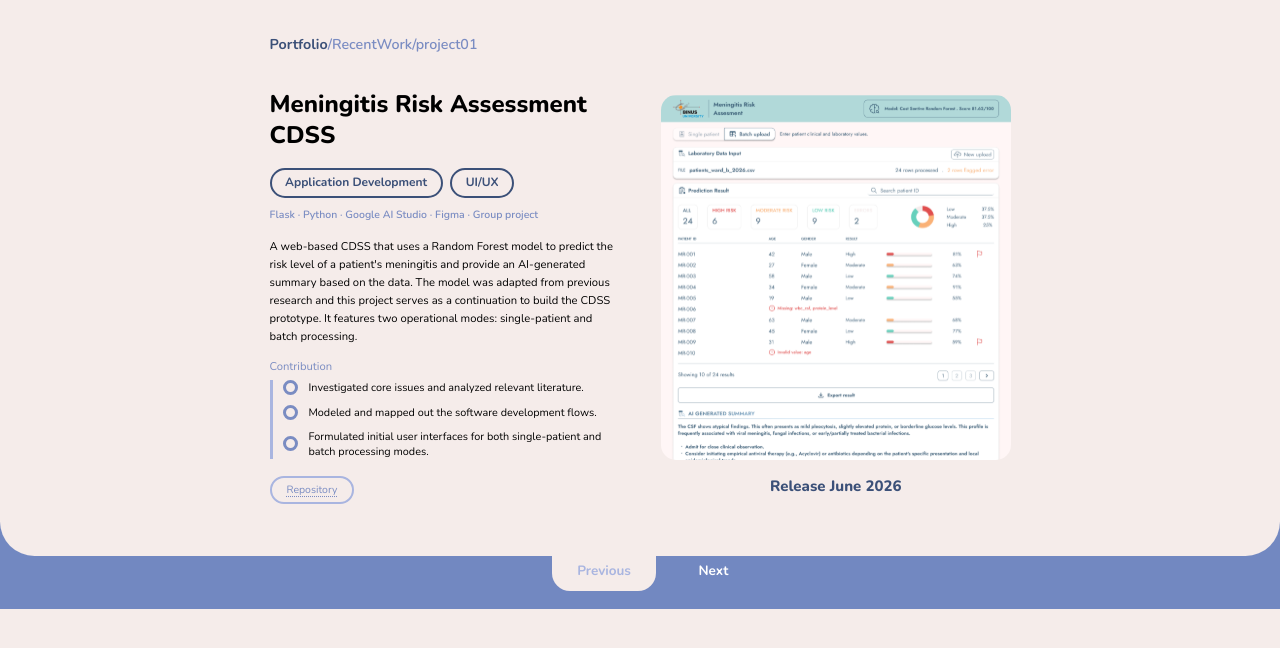
Repository: L-vy/L-vy
Page: /recentworks/project01
An editor plug-in stored every save of this project. The page is shown before and after the next save, followed by the edit.
The browser window is 1280 px wide. The pictures show the whole page.
Some web fonts or font styles are not loaded; a fallback is used. The project was rebuilt for these pictures with package versions that can differ from the ones it lists, and the page was loaded fresh each time. Also part of the build but not shown: vite.config.ts, src/components/Icon.tsx, src/data/site.ts, src/components/useGoTo.ts, src/components/Navbar.tsx, src/components/Hero.tsx, src/components/Reveal.tsx, src/components/Skills.tsx and 9 more.

Above is the page before, as saved 2026-10-07 17:40:49.

### index.html
<!doctype html>
<html lang="en">
  <head>
    <meta charset="UTF-8" />
    <meta name="viewport" content="width=device-width, initial-scale=1.0" />
    <meta name="description" content="Portfolio of Latasha Ivy Khoe, Computer Science student specializing in Cloud Technology, UI/UX design and full-stack development." />
    <meta name="theme-color" content="#7288c1" />
    <link rel="icon" href="/images/ivy-logo.svg" />
    <link rel="preconnect" href="https://fonts.googleapis.com" />
    <link rel="preconnect" href="https://fonts.gstatic.com" crossorigin />
    <link href="https://fonts.googleapis.com/css2?family=Nunito:ital,wght@0,400;0,600;0,700;0,800;1,400&family=Playwrite+US+Modern:wght@100..400&display=swap" rel="stylesheet" />
    <title>Latasha Ivy Khoe | Portfolio</title>
  </head>
  <body>
    <div id="root"></div>
    <script type="module" src="/src/main.tsx"></script>
  </body>
</html>

### src/main.tsx
import { StrictMode } from 'react'
import { createRoot } from 'react-dom/client'
import App from './App'
import './styles.css'
createRoot(document.getElementById('root')!).render(<StrictMode><App /></StrictMode>)

### src/App.tsx
import { BrowserRouter, Route, Routes } from 'react-router-dom'
import Home from './pages/Home'
import ProjectDetails from './pages/ProjectDetails'
import CursorCircle from './components/CursorCircle'
export default function App() {
  return (
    <BrowserRouter>
      <CursorCircle />
      <Routes>
        <Route path="/" element={<Home />} />
        <Route path="/recentworks/:id" element={<ProjectDetails />} />
        <Route path="*" element={<Home />} />
      </Routes>
    </BrowserRouter>
  )
}

### src/styles.css
/* Sizes are authored at design scale (16px = 1rem) and rendered at 75% via html{font-size:75%}. */
:root{--blue:#7288c1;--cream:#f5ecea;--ink:#3b5078;--peri:#7a8cc2;--light:#a9b5e0;--bar:#9fadd1;--pill:#d3d6e6;--panel:#d1d4e3;--ph:#d9d9d9;--txt:#000;--gut:max(3.5rem,calc((100% - 68.75rem)/2 + 3.5rem));color-scheme:light}
html{font-size:75%}
*{box-sizing:border-box}
body{margin:0;background:var(--cream);color:var(--txt);font-family:'Nunito',system-ui,sans-serif;line-height:1.4}
h1,h2,h3,p,ul{margin:0}
ul{padding:0;list-style:none}
a{color:inherit}
button{font-family:inherit;cursor:pointer}
img{max-width:100%}
:focus-visible{outline:3px solid var(--ink);outline-offset:3px}
.fx{font-family:'Playwrite US Modern','Nunito',cursive;font-weight:400}
.nav{position:relative;height:4.5rem;background:var(--blue)}
.nav::after{content:'';position:absolute;left:0;right:0;top:100%;height:2.875rem;background:var(--blue)}
.nav-tabs{max-width:68.75rem;margin:0 auto;height:100%;display:flex;align-items:flex-end;padding-left:28%}
.nav-tab{width:8.25rem;height:4rem;border:0;background:none;color:#e9ecf7;display:grid;place-items:center;padding:0;transition:opacity .25s}
.nav-tab:hover{opacity:.8}
.nav-tab.active{background:var(--cream);border-radius:1.5rem 1.5rem 0 0;color:var(--light);opacity:1}
.nav-tab img{height:2.125rem}
.page{position:relative;z-index:1;background:var(--cream);border-radius:2.875rem 2.875rem 0 0;padding:0 var(--gut)}
.section{padding-top:5.625rem}
.hero{position:relative;padding-top:2.875rem}
.hero-top{display:flex;justify-content:space-between;align-items:center}
.path{font-size:1.1875rem;font-weight:600;color:var(--peri)}
.path b{color:var(--ink);font-weight:700}
.crumb{background:none;border:0;padding:0;font:inherit;color:inherit}
.contact-link{background:none;border:0;font-size:1.1875rem;font-weight:700;color:var(--ink)}
.hero-grid{display:grid;grid-template-columns:16.875rem 1fr;gap:3.125rem;align-items:center;margin-top:3.25rem}
.hero-photo{width:100%;aspect-ratio:1;object-fit:cover;background:var(--ph);border-radius:2.5rem;transition:transform .3s}
.hero-photo:hover{transform:rotate(-1.2deg) scale(1.015)}
.hello{height:3.375rem;width:auto;display:block}
h1{margin-top:0.25rem;font:400 2.5rem/1.35 'Playwrite US Modern','Nunito',cursive}
.lead{max-width:30rem;font-size:1.0625rem;line-height:1.6;margin-top:0.875rem}
.lead.sm{font-size:0.9375rem;max-width:none;margin-top:1.25rem}
.actions{display:flex;align-items:center;gap:2.25rem;margin-top:1.625rem;flex-wrap:wrap}
.btn{display:inline-flex;align-items:center;gap:0.5rem;background:var(--ink);color:#fff;border:0;border-radius:62.4375rem;padding:0.75rem 1.375rem;font-size:1.0625rem;font-weight:700;transition:transform .25s}
.btn:hover{transform:translateY(-2px)}
.btn.blue{background:var(--blue);font-size:1.1875rem;padding:0.875rem 1.75rem}
.link-dotted{text-decoration:underline dotted;text-underline-offset:0.25rem;font-weight:700}
.link-dotted.grey{color:#777;font-size:1.0625rem}
.butterfly{display:block;margin:4rem auto 0;width:6rem}
.intro{max-width:47.5rem;margin:4.375rem auto 0;text-align:center}
.intro-text{font-size:1rem;line-height:1.7}
.pills{display:flex;flex-wrap:wrap;gap:0.625rem;justify-content:center;margin-top:1.375rem}
.pills.left{justify-content:flex-start}
.pill{border-radius:62.4375rem;padding:0.375rem 1.125rem;font-weight:700;font-size:0.9375rem;background:var(--pill);color:var(--ink)}
.pill.solid-outline{background:none;border:2px solid var(--ink);font-size:1rem}
.reveal{opacity:0;transform:translateY(0.875rem);transition:opacity .6s,transform .6s}
.reveal.in{opacity:1;transform:none}
.fill{height:100%}
.cards{display:grid;grid-template-columns:repeat(4,1fr);gap:1.625rem;margin-top:2.125rem}
.card{display:flex;flex-direction:column;min-width:0}
.card-img{display:block;aspect-ratio:400/420;border-radius:2.25rem;overflow:hidden;background:var(--ph);transition:transform .3s}
.card-img img{width:100%;height:100%;object-fit:cover;display:block}
.card:hover .card-img{transform:rotate(-1.2deg) scale(1.015)}
.card-title{display:flex;justify-content:space-between;align-items:flex-start;gap:0.5rem;margin-top:1rem;color:var(--ink)}
.card-title .icon{flex:none}
.clamp{font-size:1.125rem;font-weight:800;line-height:1.3;color:var(--txt);display:-webkit-box;-webkit-line-clamp:2;-webkit-box-orient:vertical;overflow:hidden}
.card-sum{font-size:0.875rem;line-height:1.5;margin-top:0.375rem}
.card-links{margin-top:0.625rem}
.card-links .link-dotted{color:var(--peri);font-size:0.875rem}
.tabbar{position:relative;background:var(--bar);border-radius:62.4375rem;padding:0.375rem 0.5rem;display:flex;justify-content:center;gap:0.75rem;margin-top:2.125rem;box-shadow:0 0.5rem 0.875rem -0.375rem rgba(60,70,110,.35)}
.tabwrap{position:relative;width:min(9.375rem,22%)}
.tab{width:100%;border:0;border-radius:62.4375rem;padding:0.5rem 0;font-size:1rem;font-weight:700;background:var(--pill);color:#8f9dcf;transition:background .25s,color .25s}
.tab.on{background:#fff;color:var(--ink)}
.pointer{position:absolute;left:50%;bottom:-1.25rem;margin-left:-0.5625rem;border:0.5625rem solid transparent;border-top:0;border-bottom:0.8125rem solid var(--ink)}
.panel{margin-top:2.75rem;background:var(--panel);border-radius:1.375rem;height:30.625rem;box-shadow:0 0.375rem 1rem -0.5rem rgba(60,70,110,.3);transition:background .3s,box-shadow .3s}
.panel.bound{background:transparent;box-shadow:none}
.banner{height:100%;display:flex;flex-direction:column;gap:2.125rem;padding:1.875rem 2.125rem 2.5rem}
.banner-img{flex:1;min-height:0;width:100%;object-fit:cover;background:var(--ph);border-radius:2.25rem;transition:transform .3s}
.banner:hover .banner-img{transform:rotate(-1.2deg) scale(1.015)}
.tx{padding-left:0.4375rem}
.tx h2{font-size:1.625rem;line-height:1.4}
.tx h3{margin-top:2px;font-size:1.1875rem;font-weight:700}
.tx p{margin-top:0.375rem;font-style:italic;font-size:0.9375rem}
.folders{height:100%;display:grid;grid-template-columns:1fr 1fr;gap:1.5rem;padding:1.75rem 2rem}
.folder{--rim:#3b5078;--body:#f3f3f9;background:var(--rim);border-radius:1.875rem;padding:1.5px;display:flex;flex-direction:column;overflow:hidden}
.media{height:11.875rem;margin-bottom:-2.5rem;flex:none;position:relative;overflow:hidden;border-radius:1.78125rem 1.78125rem 0 0;background:var(--ph)}
.media>*{display:block;width:100%;height:100%;object-fit:cover;background:var(--ph);transform:scale(1.06);transition:transform .3s}
.folder:hover .media>*{transform:rotate(-1.2deg) scale(1.1)}
.rest{flex:1;position:relative;z-index:1;background:var(--body);border-radius:0 1.78125rem 1.78125rem 1.78125rem;padding:0 1.375rem 1.125rem;display:flex;flex-direction:column}
.rest .tab{position:absolute;left:0;top:-2.25rem;width:80%;height:2.3125rem;padding:0;border-radius:1.25rem 1.25rem 0 0;background:var(--body)}
.rest .tab::after{content:'';position:absolute;right:-1.25rem;bottom:0;width:1.25rem;height:1.25rem;background:radial-gradient(circle at 100% 0,transparent 1.21875rem,var(--body) 1.25rem)}
.head{position:relative;margin-top:-1.375rem}
.head::before{content:'';float:right;width:24%;height:1rem}
.head b{display:-webkit-box;-webkit-line-clamp:3;-webkit-box-orient:vertical;overflow:hidden;font-size:1.0625rem;font-weight:800;line-height:1.25}
.head span{display:block;font-size:0.9375rem;color:#6f748f;margin-top:2px}
.folder p{margin-top:0.75rem;font-size:0.84375rem;font-style:italic;line-height:1.5;display:-webkit-box;-webkit-line-clamp:4;-webkit-box-orient:vertical;overflow:hidden}
.foot{margin-top:auto;padding-top:0.625rem;display:flex;justify-content:space-between;align-items:center;min-height:2.75rem}
.foot strong{font-size:1.5625rem;line-height:1.3}
.go{display:grid;place-items:center;width:2.5rem;height:2.5rem;border-radius:50%;background:var(--ink);color:#fff;transition:transform .25s}
.go:hover{transform:translate(2px,-2px)}
.exp{position:relative;height:100%}
.plate{position:absolute;left:0;top:0;bottom:0;width:8.125rem;background:#c9cde0;border-radius:1.625rem 0 0 1.625rem;box-shadow:0 0.625rem 1.125rem -0.625rem rgba(60,70,110,.4)}
.rail{position:absolute;left:0;top:4.4375rem;width:3.75rem;height:0;z-index:2}
.rail button{position:absolute;left:0.8125rem;top:calc(var(--i)*4.5rem);width:2.9375rem;height:5.25rem;z-index:calc(var(--i) + 1);border:0;background:var(--c);color:#fff;border-radius:1.125rem 0 0 1.125rem;display:grid;place-items:center;padding:0;transition:left .25s,width .25s}
.rail button:hover,.rail button[aria-selected=true]{left:0.4375rem;width:3.3125rem}
.rail button[aria-selected=true]{z-index:10}
.fcard{--acc:#9fadd1;position:absolute;left:3.75rem;right:0;top:0;bottom:0;background:var(--cream);border:2.5px solid var(--acc);border-radius:1.625rem;box-shadow:0 0.625rem 1.25rem -0.625rem rgba(60,70,110,.4);padding:1.375rem 1.75rem 1.375rem 1.875rem;overflow:hidden;transition:border-color .35s}
.pg{position:relative;height:100%;display:grid;grid-template-columns:1fr 1fr;grid-template-rows:auto 1fr;column-gap:3.5rem;animation:in .4s ease both}
@keyframes in{from{opacity:0;transform:translateY(0.5rem)}to{opacity:1;transform:none}}
.lab{grid-column:1/-1;font-size:0.8125rem}
.col{display:flex;flex-direction:column;min-width:0}
.col.end{align-self:end;padding-bottom:0.625rem}
.t{font-size:1.6875rem;font-weight:800;color:var(--ttl);line-height:1.2;margin-top:1.75rem}
.col.end .t{margin-top:0}
.sub{font-size:1.25rem;color:var(--ttl);margin-top:0.375rem}
.d{font-size:0.875rem;line-height:1.55;margin-top:1rem;font-style:italic}
.h{font-size:0.8125rem;margin:1.375rem 0 0.375rem}
.col ul{padding-left:1.25rem;font-size:0.84375rem;line-height:1.55;list-style:disc}
.stack,.zig{position:relative;margin-top:auto}
.stack{height:8rem}
.zig{margin-top:0.875rem}
.sp{position:absolute;display:block;width:62%;height:7.375rem;object-fit:cover;background:var(--ph);border:1px solid var(--txt);border-radius:1.625rem;transform:rotate(var(--r));transition:transform .3s}
.sp:hover{z-index:9;transform:rotate(calc(var(--r)*-1)) translateY(-0.3125rem) scale(1.03)}
.stack .sp:nth-child(1){--r:-2deg;left:0;top:0.375rem}
.stack .sp:nth-child(2){--r:1.5deg;left:20%;top:0.75rem}
.stack .sp:nth-child(3){--r:-1deg;left:38%;top:0}
.zig .sp{width:70%;height:7.5625rem}
.zig .sp:nth-child(1){--r:1deg;left:0;top:0}
.zig .sp:nth-child(2){--r:-1deg;left:44%;top:7rem}
.zig .sp:nth-child(3){--r:1deg;left:-1%;top:14.125rem}
.p1{left:47%;top:0.5rem;width:29%;height:8.4375rem;--r:1deg}
.p2{left:66%;top:4.875rem;width:27%;height:auto;aspect-ratio:210/297;--r:-1deg}
.contact{text-align:center;padding:5.75rem 0 6.25rem}
.contact h2{font-size:2.25rem;font-weight:400}
.contact b{font-weight:800}
.contact .btn{margin-top:1.375rem}
.footer{background:var(--blue);color:#eef0fa;padding:3.25rem var(--gut) 2.5rem;display:flex;justify-content:space-between;align-items:flex-end;gap:1.875rem;flex-wrap:wrap;min-height:14.375rem}
.footer ul{display:flex;gap:2.75rem;align-self:flex-start}
.ci{display:block;color:#dfe4f6;transition:transform .25s}
.ci:hover,.ci.pulse{transform:translateY(-0.25rem) scale(1.12)}
.footer-by{text-align:right;line-height:2;font-size:1rem}
.detail{border-radius:0 0 2.875rem 2.875rem;padding-top:2.875rem;padding-bottom:4.375rem}
.detail-grid{display:grid;grid-template-columns:1fr 1fr;gap:3.5rem;align-items:center;margin-top:2.875rem}
.detail-title{margin:0;font:800 2rem/1.3 'Nunito',sans-serif}
.detail .pills{margin-top:1.375rem}
.meta{margin-top:0.875rem;font-size:0.875rem;font-weight:600;color:var(--peri)}
.contrib{margin:1.125rem 0 0.5rem;font:400 0.9375rem 'Playwrite US Modern','Nunito',cursive;color:var(--peri)}
.contrib-list{border-left:3px solid var(--light);padding-left:0.875rem;display:grid;gap:0.75rem;font-size:0.90625rem}
.contrib-list li{display:flex;gap:0.875rem;align-items:center}
.contrib-list li::before{content:'';width:0.75rem;height:0.75rem;flex:none;border-radius:50%;border:3px solid var(--peri)}
.detail-links{display:flex;gap:0.75rem;flex-wrap:wrap;margin-top:1.375rem}
.detail-links .pill{background:none;border:2px solid var(--light);color:var(--peri);padding:0.375rem 1.25rem;font:400 0.875rem 'Playwrite US Modern','Nunito',cursive;text-decoration:underline dotted;text-underline-offset:0.25rem}
.proto{margin:0}
/* .proto img{display:block;width:100%;aspect-ratio:1/1.08;object-fit:cover;background:var(--ph);border:3px solid var(--ink);border-radius:3rem;transition:transform .3s} */
.proto img {  border: 0;  outline: 0;  border-radius: 15px;}
.proto img:hover{transform:rotate(1.2deg) scale(1.015)}
.proto figcaption{text-align:center;font-weight:800;font-size:1.25rem;color:var(--ink);margin-top:1rem}
.pager{background:var(--blue);margin-top:-2.875rem;padding:5.5rem var(--gut) 1.5rem;display:flex;justify-content:center;gap:3.5rem}
.pager-btn{margin-top:-3rem;height:3.25rem;display:grid;place-items:center;color:#fff;font-weight:700;font-size:1.125rem;text-decoration:none;transition:opacity .2s}
.pager-btn.prev{background:var(--cream);color:var(--ink);padding:0 2.125rem;border-radius:0 0 1.5rem 1.5rem}
.pager-btn.off{opacity:.5}
.pager-btn.prev.off{opacity:1;color:var(--light)}
.cursor-circle{position:fixed;left:0;top:0;width:4rem;height:4rem;border-radius:50%;background:rgba(114,136,193,.28);pointer-events:none;z-index:50;transform:translate(-6.25rem,-6.25rem) scale(0);transition:transform .18s}
@media (max-width:960px)
{.cards{grid-template-columns:1fr 1fr}.nav-tabs{padding-left:4%}.nav-tab{width:6rem}}
@media (max-width:760px)
{.page{border-radius:1.875rem 1.875rem 0 0;padding:0 1.25rem}.hero-grid,.detail-grid{grid-template-columns:1fr;gap:1.75rem}.hero-photo{max-width:16.25rem}h1{font-size:1.875rem}.detail-title{font-size:1.5625rem}.cards{grid-template-columns:1fr}.tab{font-size:0.75rem}.tabbar{gap:0.375rem}.pointer{display:none}.panel{height:auto}.banner{padding:1.125rem;gap:1.5rem}.banner-img{flex:none;height:11.875rem}.folders{grid-template-columns:1fr;padding:1.125rem}.folder{min-height:23.75rem}.contact h2{font-size:1.6875rem}.footer ul{gap:1.375rem}.footer-by{text-align:left}.plate{display:none}.fcard{position:static;padding:1.25rem 1.125rem;border-radius:1.375rem}.exp{height:auto}.rail{position:static;height:auto;display:flex;gap:0.375rem;padding-left:0.625rem}.rail button,.rail button:hover,.rail button[aria-selected=true]{position:static;width:3.5rem;height:2.875rem;border-radius:0.875rem 0.875rem 0 0}.pg{display:flex;flex-direction:column;gap:0.875rem;height:auto}.col.end{padding:0}.stack,.zig{height:auto;display:grid;gap:0.625rem;margin-top:0.625rem}.pg .sp{position:static;width:100%;height:6.875rem}.pg .p2{height:auto;width:58%;align-self:center}}
@media (prefers-reduced-motion:reduce){*{transition:none!important;animation:none!important}}

### src/pages/ProjectDetails.tsx
import { useEffect } from 'react'
import { Link, Navigate, useNavigate, useParams } from 'react-router-dom'
import { projects } from '../data/projects'
export default function ProjectDetails() {
  const { id } = useParams(); const nav = useNavigate()
  const i = projects.findIndex(p => p.id === id)
  useEffect(() => { window.scrollTo(0, 0) }, [id])
  if (i < 0) return <Navigate to="/" replace />
  const p = projects[i], prev = projects[i - 1], next = projects[i + 1]
  return (<>
    <main className="page detail">
      <p className="path">
        <button className="crumb" onClick={() => nav('/', { state: { scrollTo: 'recent-works' } })}><b>Portfolio</b>/RecentWork</button>/{p.id}
      </p>
      <div className="detail-grid">
        <div>
          <h1 className="detail-title">{p.title}</h1>
          <ul className="pills left">{p.categories.map(c => <li key={c} className="pill solid-outline">{c}</li>)}</ul>
          <p className="meta">{p.tools.join(' · ')} · {p.type}</p>
          <p className="lead sm">{p.description}</p>
          <h2 className="contrib">Contribution</h2>
          <ul className="contrib-list">{p.contributions.map(c => <li key={c}>{c}</li>)}</ul>
          <div className="detail-links">{p.links.map(l => <a key={l.label} className="pill link-dotted" href={l.url} target="_blank" rel="noreferrer">{l.label}</a>)}</div>
        </div>
        <figure className="proto">
          <img src={p.prototypeImage} alt={`${p.title} prototype`} />
          <figcaption>Release {p.releaseDate}</figcaption>
        </figure>
      </div>
    </main>
    <div className="pager">
      {prev ? <Link className="pager-btn prev" to={`/recentworks/${prev.id}`}>Previous</Link> : <span className="pager-btn prev off">Previous</span>}
      {next ? <Link className="pager-btn" to={`/recentworks/${next.id}`}>Next</Link> : <span className="pager-btn off">Next</span>}
    </div>
  </>)
}

### src/components/CursorCircle.tsx
import { useEffect, useRef } from 'react'
// Soft circle that follows the pointer and expands over buttons/links. Hidden on touch devices.
export default function CursorCircle() {
  const ref = useRef<HTMLDivElement>(null)
  useEffect(() => {
    if (!window.matchMedia('(hover: hover) and (pointer: fine)').matches) return
    const el = ref.current!
    const move = (e: MouseEvent) => {
      const over = (e.target as Element | null)?.closest('a,button,[data-cursor]')
      el.style.transform = `translate(${e.clientX}px,${e.clientY}px) translate(-50%,-50%) scale(${over ? 1 : 0})`
    }
    const leave = () => { el.style.transform = 'translate(-100px,-100px) scale(0)' }
    window.addEventListener('mousemove', move); document.addEventListener('mouseleave', leave)
    return () => { window.removeEventListener('mousemove', move); document.removeEventListener('mouseleave', leave) }
  }, [])
  return <div ref={ref} className="cursor-circle" aria-hidden="true" />
}

### src/data/projects.ts
export interface ProjectLink { label: string; url: string }
export interface Project {
  id: string; title: string; shortDescription: string; description: string
  image: string; prototypeImage: string; categories: string[]; tools: string[]; type: string
  links: ProjectLink[]; releaseDate: string; contributions: string[]
}
const img = (name: string) => `/images/projects/${name}.svg`
export const projects: Project[] = [
  {
    id: 'project01', title: 'Meningitis Risk Assessment CDSS',
    shortDescription: 'Clinical decision support for meningitis risk.',
    description: "A web-based CDSS that uses a Random Forest model to predict the risk level of a patient's meningitis and provide an AI-generated summary based on the data. The model was adapted from previous research and this project serves as a continuation to build the CDSS prototype. It features two operational modes: single-patient and batch processing.",
    image: img('cdss-meningitis'), prototypeImage: img('cdss-meningitis'), categories: ['Application Development', 'UI/UX'],
    tools: ['Flask', 'Python', 'Google AI Studio', 'Figma'], type: 'Group project',
    links: [{ label: 'Repository', url: 'https://github.com/chrysan95/meningitis_risk_assessment' }], releaseDate: 'June 2026',
    contributions: ['Investigated core issues and analyzed relevant literature.', 'Modeled and mapped out the software development flows.', 'Formulated initial user interfaces for both single-patient and batch processing modes.'],
  },
  {
    id: 'project02', title: 'Klerve', shortDescription: 'Haptic pen and AI app that helps people with ADHD regain focus.',
    description: "This project, which started as an ideation, is designed to help individuals with ADHD or focus difficulties by using a haptic pen connected to an app. The AI-based system tracks body and eye movements, then provides vibration alerts that help users regain focus. It aligns with Google.org's focus on education while implementing human-centered AI technology.",
    image: img('klerve'), prototypeImage: img('klerve'), categories: ['UI/UX'], tools: ['Figma'], type: 'Group project',
    links: [{ label: 'Proposal', url: 'https://drive.google.com/file/d/1Z4kwclvYXWxlEG2Ly2cNN0OCXOssgMGx/view?usp=sharing' }, { label: 'Video', url: 'https://youtu.be/0q1nO0iuCGU?si=mCvCKTX16-4OYDPh' }],
    releaseDate: 'March 2026',
    contributions: ['Researched target user needs and primary focus challenges.', 'Structured and designed the proposal layout for a highly readable review.', 'Assisted in designing initial interface concepts for the prototype app.'],
  },
  {
    id: 'project03', title: 'Ducky', shortDescription: 'Gamified flashcard app for smarter university studying.',
    description: 'Ducky is a gamified learning application made for university students who have trouble building a proper learning strategy. Built on a simple, memory-focused flashcard app, it makes studying more engaging and digestible in a shorter span of time. Each day presents a daily quest to unlock Ducky skins, completed by checking off to-do lists or earning XP in the training hall.',
    image: img('ducky'), prototypeImage: img('ducky'), categories: ['UI/UX'], tools: ['Figma'], type: 'Self-initiated project',
    links: [{ label: 'Prototype', url: 'https://www.figma.com/proto/vDHKPYqVWF5EF2O1UojpyD/Final-Project-UI-UX?node-id=77-3&p=f&viewport=-196%2C-27%2C0.02&t=XdKJMJBtwxoFTxZr-1&scaling=scale-down&content-scaling=fixed&starting-point-node-id=77%3A3&show-proto-sidebar=1&page-id=37%3A4298' }, { label: 'Overview', url: 'https://drive.google.com/file/d/1gh3WKY70dS-ZdYFia5I56Ok9MZQVw0ZY/view?usp=sharing' }],
    releaseDate: 'May 2025',
    contributions: ['Researched user needs through targeted surveys.', 'Designed interactive app prototype layouts.', 'Conducted app evaluations and user testing.', 'Structured the case study presentation and wireframes.'],
  },
  {
    id: 'project04', title: 'Perfect Farm', shortDescription: 'Marketplace for odd-looking produce to reduce food waste.',
    description: 'An online platform that enables farmers to sell odd-looking fruits and vegetables directly to consumers. These products are still fit for consumption but do not meet standard market appearances. The project aims to reduce food waste and give consumers affordable yet healthy diets, supporting UN Sustainable Development Goals 1, 2, and 10.',
    image: img('perfect-farm'), prototypeImage: img('perfect-farm'), categories: ['UI/UX'], tools: ['Figma'], type: 'Group project',
    links: [{ label: 'Prototype', url: 'https://www.figma.com/proto/0NArwISPxhp6qkAFpMuTFR/GoGlobal-Innovation?node-id=26-292&p=f&viewport=103%2C214%2C0.21&t=yB5uVCZkxzJckIVd-1&scaling=min-zoom&content-scaling=fixed&page-id=24%3A2' }, { label: 'Overview', url: 'https://canva.link/1w0f1v8fhv46lss' }],
    releaseDate: 'June 2025',
    contributions: ['Researched food waste relevancy across UK and SEA regions.', 'Formatted and structured the presentation layout.', 'Designed initial customer and farmer interface prototype layouts and app logo.'],
  },
]

After the next save:
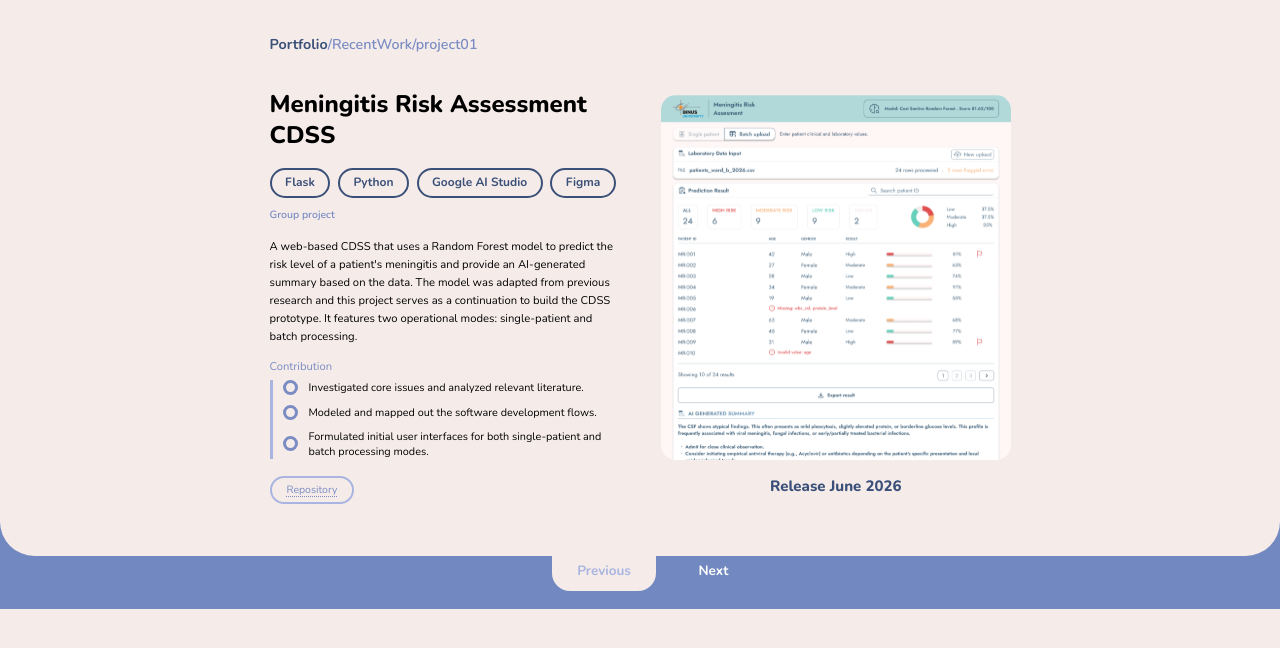
Saved 2 h 1 min later.
--- a/src/pages/ProjectDetails.tsx
+++ b/src/pages/ProjectDetails.tsx
@@ -15,8 +15,10 @@ export default function ProjectDetails() {
       <div className="detail-grid">
         <div>
           <h1 className="detail-title">{p.title}</h1>
-          <ul className="pills left">{p.categories.map(c => <li key={c} className="pill solid-outline">{c}</li>)}</ul>
-          <p className="meta">{p.tools.join(' · ')} · {p.type}</p>
+          {/* <ul className="pills left">{p.categories.map(c => <li key={c} className="pill solid-outline">{c}</li>)}</ul>
+          <p className="meta">{p.tools.join(' · ')} · {p.type}</p> */}
+          <ul className="pills left" aria-label="Tools">{p.tools.map(t => <li key={t} className="pill solid-outline">{t}</li>)}</ul>
+          <p className="meta">{p.type}</p>
           <p className="lead sm">{p.description}</p>
           <h2 className="contrib">Contribution</h2>
           <ul className="contrib-list">{p.contributions.map(c => <li key={c}>{c}</li>)}</ul>
